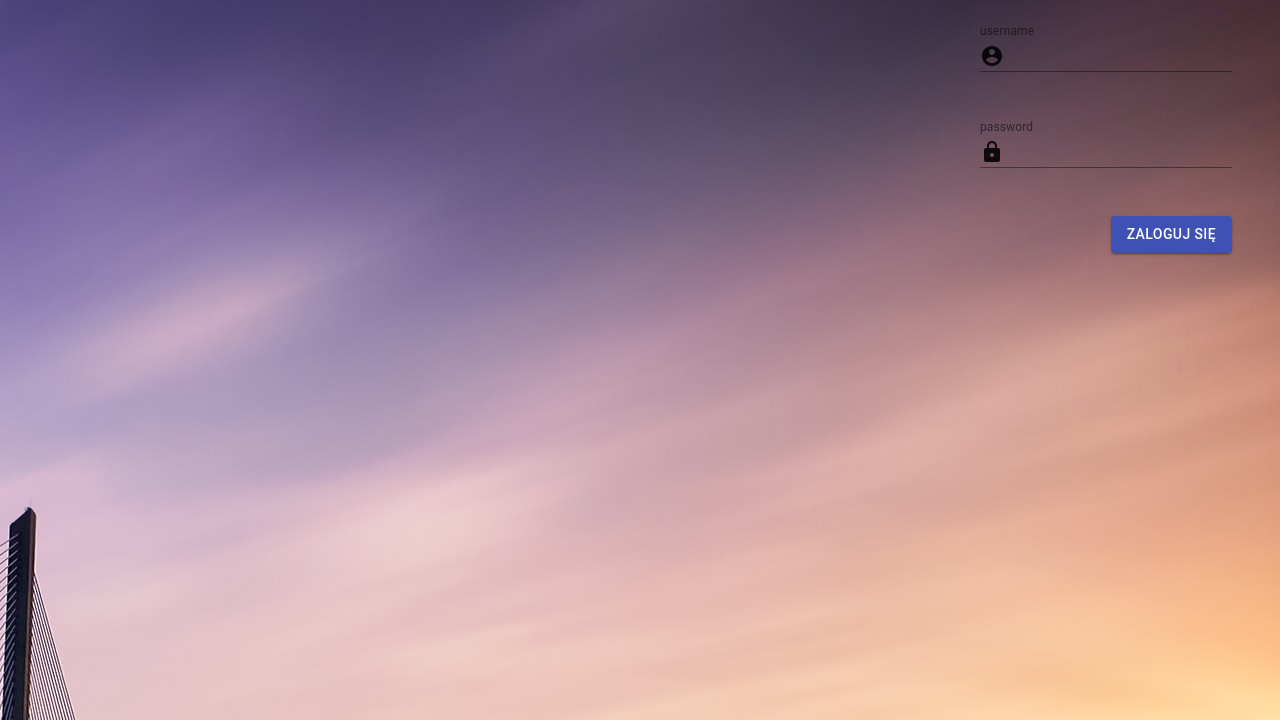
Repository: pgruca96/HappitsChanger
Page: /
The author's editor kept a copy of each file at every save. The page is drawn from the files as they stood at one save, then again after the next save.
The browser window is 1280 px wide. The pictures show the whole page.
The project was rebuilt for these pictures with package versions that can differ from the ones it lists, and the page was loaded fresh each time.

Above is the page before, as saved 2020-10-24 01:10:24.

### src/App.js
import "./App.css";
import { BrowserRouter as Router, Route } from "react-router-dom";
import LoginPage from "./containers/loginPage";

const App = () => {
  return (
    <div className="app">
      <Router>
        <Route path="/" exact component={LoginPage} />
      </Router>
    </div>
  );
};

export default App;

### src/App.css
*,
*::before,
*::after {
  margin: 0;
  padding: 0;
  box-sizing: border-box;
}

.app {
  min-width: 100vw;
  min-height: 100vh;
}

### src/containers/loginPage/index.js
import React from "react";
import LoginForm from "../../components/form/index";
import { LoginPageContainer } from "../../styles/LoginPage";

const LoginPage = () => {
  return (
    <LoginPageContainer>
      <LoginForm />
    </LoginPageContainer>
  );
};

export default LoginPage;

### src/components/form/index.js
import React from "react";
import TextField from "@material-ui/core/TextField";
import InputAdornment from "@material-ui/core/InputAdornment";
import AccountCircle from "@material-ui/icons/AccountCircle";
import LockIcon from "@material-ui/icons/Lock";
import Button from "@material-ui/core/Button";
import { useStyles } from "../../styles/Form";

const LoginForm = () => {
  const { form, margin } = useStyles();
  return (
    <form className={form}>
      <TextField
        className={margin}
        id="username"
        label="username"
        placement="top"
        InputProps={{
          startAdornment: (
            <InputAdornment position="start">
              <AccountCircle />
            </InputAdornment>
          ),
        }}
      />
      <TextField
        className={margin}
        id="password"
        label="password"
        InputProps={{
          startAdornment: (
            <InputAdornment position="start">
              <LockIcon />
            </InputAdornment>
          ),
        }}
      />
      <Button variant="contained" color="primary" className={margin}>
        Zaloguj się
      </Button>
    </form>
  );
};

export default LoginForm;

### src/styles/LoginPage.js
import styled from "styled-components";
import background from "../assets/login-background.jpg";

export const LoginPageContainer = styled.div`
  background: url(${background}) top;
  width: 100vw;
  height: 100vh;
`;

### src/styles/Form.js
import { makeStyles } from "@material-ui/core/styles";

export const useStyles = makeStyles((theme) => ({
  form: {
    display: "flex",
    flexDirection: "column",
    justifyContent: "center",
    alignItems: "flex-end",
    minHeight: "150px",
  },
  margin: {
    margin: theme.spacing(3, 6),
  },
}));

Loaded but not shown: public/index.html (common file); src/index.js (common file); src/index.css (common file); src/reportWebVitals.js (common file)

After the next save:
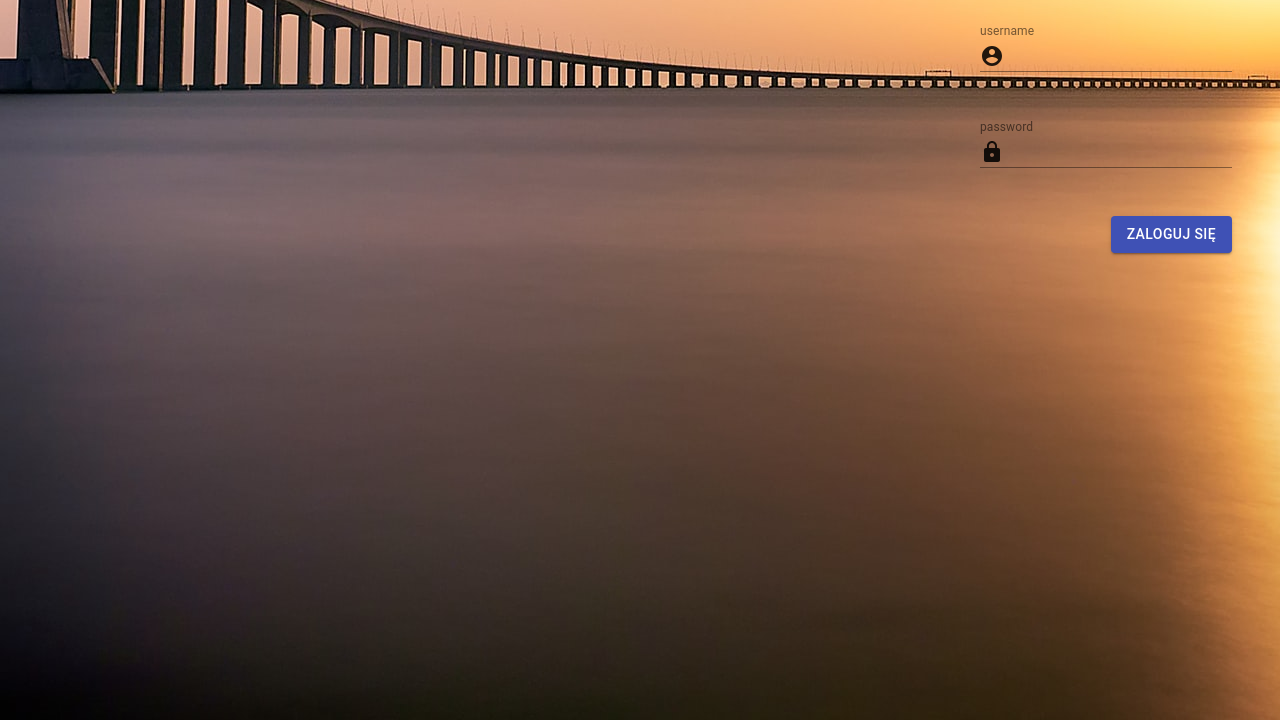
Saved 5 s later.
--- a/src/styles/LoginPage.js
+++ b/src/styles/LoginPage.js
@@ -2,7 +2,7 @@ import styled from "styled-components";
 import background from "../assets/login-background.jpg";
 
 export const LoginPageContainer = styled.div`
-  background: url(${background}) top;
+  background: url(${background}) bottom;
   width: 100vw;
   height: 100vh;
 `;
